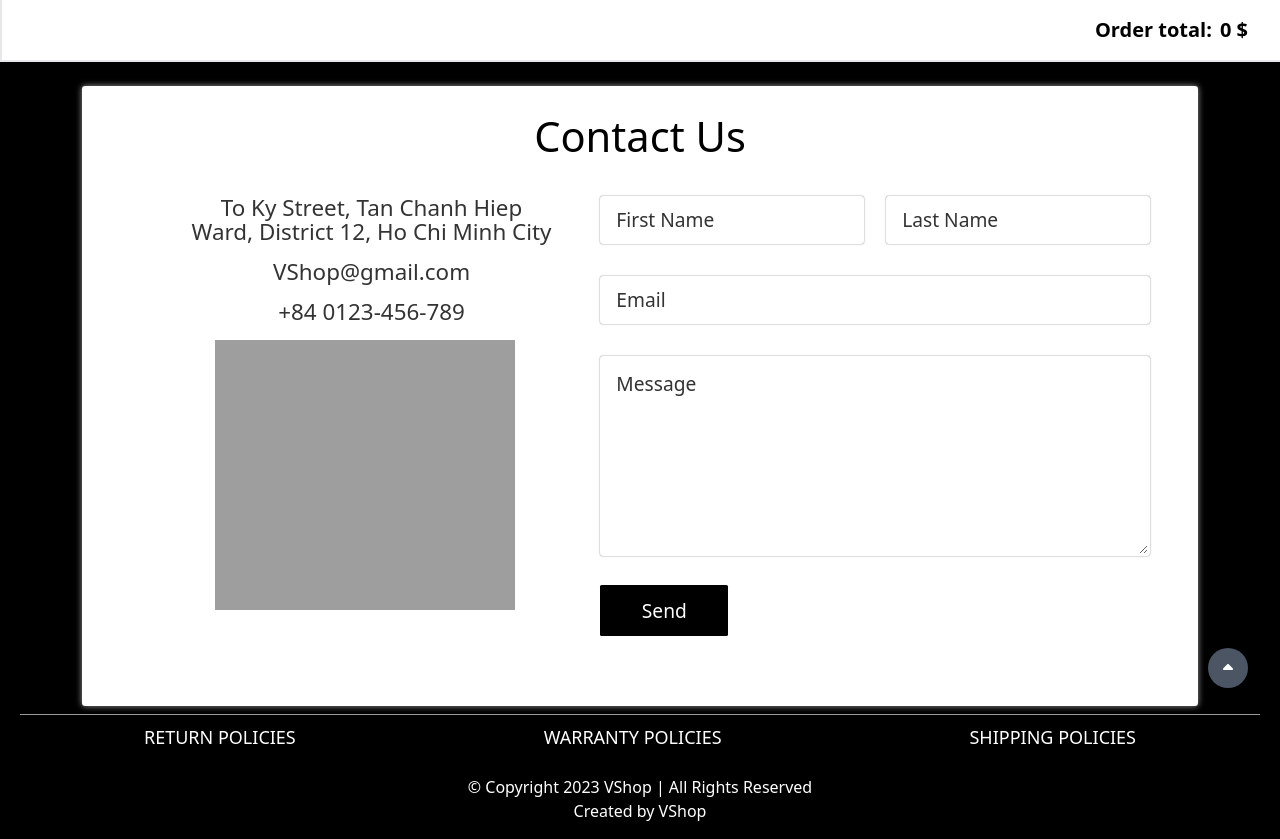
Repository: Kith933UTH/VSHOP
Page: /user
An editor plug-in stored every save of this project. The page is shown before and after the next save, followed by the edit.
The browser window is 1280 px wide. The pictures show the whole page.
Pictures or frames that could not be fetched are drawn as grey boxes. The project was rebuilt for these pictures with package versions that can differ from the ones it lists, and the page was loaded fresh each time. Also part of the build but not shown: src/components/product-item/ProductItem.js, src/components/loader/Loader.js, src/constants/constants.js, src/components/product-filters/Category.js, src/components/product-filters/Price.js, src/components/product-filters/Rating.js, src/components/product-filters/ProductFilters.js, src/components/cart-shopping/CartEmpty.js and 24 more.

Above is the page before, as saved 2023-08-05 21:28:59.

### public/index.html
<!DOCTYPE html>
<html lang="en">
  <head>
    <meta charset="utf-8" />
    <link rel="icon" href="./logo.png" />
    <meta name="viewport" content="width=device-width, initial-scale=1" />
    <meta name="theme-color" content="#000000" />
    <meta
      name="description"
      content="Web site created using create-react-app"
    />
    <link rel="apple-touch-icon" href="%PUBLIC_URL%/logo192.png" />
    <!--
      manifest.json provides metadata used when your web app is installed on a
      user's mobile device or desktop. See https://developers.google.com/web/fundamentals/web-app-manifest/
    -->
    <link rel="manifest" href="%PUBLIC_URL%/manifest.json" />
    <!--
      Notice the use of %PUBLIC_URL% in the tags above.
      It will be replaced with the URL of the `public` folder during the build.
      Only files inside the `public` folder can be referenced from the HTML.

      Unlike "/favicon.ico" or "favicon.ico", "%PUBLIC_URL%/favicon.ico" will
      work correctly both with client-side routing and a non-root public URL.
      Learn how to configure a non-root public URL by running `npm run build`.
    -->
    <title>VShop</title>
  </head>
  <body>
    <noscript>You need to enable JavaScript to run this app.</noscript>
    <div id="root"></div>
  </body>
</html>

### src/index.js
import React from 'react'
import ReactDOM from 'react-dom/client'
import App from './App'
import {Provider} from "react-redux"
import {BrowserRouter} from "react-router-dom"
import {store} from "./redux"
import './index.css'

const root = ReactDOM.createRoot(document.getElementById('root'))
root.render(
    <Provider store={store}>
        <BrowserRouter>
            <App />
        </BrowserRouter>
    </Provider>
)

### src/App.js
import React from "react"
// import { useState } from "react"
import {Context} from "./context/context"
import {Route, Routes} from "react-router-dom"
import {HomePage} from "./pages/HomePage"
import {ProductOverView} from "./pages/ProductOverView"
// import {Header} from "./components/header/Header"
import {Footer} from "./components/footer/Footer"
import {BtnScroll} from "./components/btn-scroll/BtnScroll"
import { LoginPage } from "./components/login/LoginPage"
import { RegisterPage } from "./components/login/RegisterPage"
import { PrivatePage } from "./pages/PrivatePage"
import { ProductOverViewPrivate } from "./pages/ProductOverViewPrivate"
import { ReturnPolicy } from "./components/policy/ReturnPolicy"
import { WarrantyPolicy } from "./components/policy/WarrantyPolicy"
import { ShippingPolicy } from "./components/policy/ShippingPolicy"
import { AdminPage } from "./pages/AdminPage"
import { Payment } from "./components/payment/Payment"
import { Success } from "./components/payment/Success"
import { User } from "./components/user/User"
export default function App() {
    const productId = {id: 0}
    return (
        <main>
            <Context.Provider value={productId}>
                {/* <Header /> */}
                <Routes>
                    {/* <Route path='/private' element={ <PrivatePage /> }/> */}
                    <Route index element={ <HomePage /> }/>
                    <Route path='/products/:id' element={ <ProductOverView /> }/>
                    {/* <Route path='/private/private/products/:id' element={ <ProductOverViewPrivate /> }/> */}
                    <Route path="/login" element={ <LoginPage /> } />
                    <Route path="/register" element={ <RegisterPage /> } />
                    <Route path="/return-policy" element={ <ReturnPolicy /> } />
                    <Route path="/warranty-policy" element={ <WarrantyPolicy /> } />
                    <Route path="/shipping-policy" element={ <ShippingPolicy /> } />
                    <Route path="/admin" element={ <AdminPage /> } />
                    <Route path="/payment" element={ <Payment /> } />
                    {/* <Route path="/private/payment" element={ <Payment /> } /> */}
                    <Route path="/products/:id/payment" element={ <Payment /> } />
                    {/* <Route path="/private/private/products/:id/payment" element={ <Payment /> } /> */}
                    <Route path="/success" element={ <Success /> } />
                    <Route path="/user" element={ <User /> } />
                </Routes>
                <BtnScroll />
                <Footer/>
            </Context.Provider>
        </main>
    )
}

### src/redux/index.js
import {configureStore} from "@reduxjs/toolkit"
import {productsApi} from "./products/products.api"
import {productReducer} from "./products/products.slice"
import {setupListeners} from "@reduxjs/toolkit/query"

export const store = configureStore({
    reducer: {
        [productsApi.reducerPath]: productsApi.reducer,
        product: productReducer
    },
    middleware: getDefaultMiddleware => getDefaultMiddleware().concat(productsApi.middleware)
})

setupListeners(store.dispatch)

### src/index.css
@tailwind base;
@tailwind components;
@tailwind utilities;

@layer utilities {
    input[type="number"]::-webkit-inner-spin-button,
    input[type="number"]::-webkit-outer-spin-button {
        @apply appearance-none;
    }
}

html, body {
    width: 100%;
    height: 100%;
}

body::-webkit-scrollbar,
.box-item::-webkit-scrollbar,
.search-box::-webkit-scrollbar{
    width: 8px;
}

main {
    display: flex;
    flex-direction: column;
    height: 100%;
}

body::-webkit-scrollbar-thumb,
.box-item::-webkit-scrollbar-thumb,
.search-box::-webkit-scrollbar-thumb{
    background-color: #ccc;
    border-radius: 20px;
}

#root {
    height: 100%;
}

body {
    overflow: hidden;
}

.productItem:hover {
    transition: opacity .3s linear;
    opacity: .5;
}

.box-item {
    height: 320px;
    overflow-y: scroll;
}

/* Loader */
.loader-box {
    width: 100px;
    height: 100px;
    display: flex;
    justify-content: center;
    align-items: center;
    margin: 50px auto 0;
}

.loader{
    position: relative;
    width: 70px;
    height: 70px;
}

.loader span {
    position: absolute;
    top:0;
    left: 0;
    width: 100%;
    height: 100%;
    transform: rotate(calc(18deg * var(--i)));
}

.loader span::before {
    content:'';
    position: absolute;
    top: 0;
    left: 0;
    width: 10px;
    height: 10px;
    background: #000;
    border-radius: 50%;
    transform: scale(0);
    animation: animate 2s linear infinite;
    animation-delay: calc(0.1s * var(--i));
}
@keyframes animate {
    0%{
        transform: scale(0);
    }
    10%{
        transform: scale(1.2);
    }
    80%,100%{
        transform: scale(0);
    }
}

### src/context/context.js
import {createContext} from "react"

export const Context = createContext()

### src/components/footer/Footer.js
import React from "react"
import { Contact } from "../contact/Contact"
import { Policy } from "../policy/Policy"
export function Footer() {
    return (
        <footer className='bg-black text-white in-h-fit'>
            {/* <div className='max-w-[1240px] mx-auto py-2 text-sm sm:text-base'>
                <div className='flex justify-center'>
                    <a href='https://github.com/VolodymyrGoshko/react-shop'
                       target='_blank'
                       rel="noreferrer"
                       className='capitalize border-b mb-3 text-base hover:text-gray-300 transition'
                    >
                        view source code on github
                    </a>
                </div>
                <div className='flex justify-center flex-col items-center'>
                    <p className='text-center'>© Copyright 2022 React Shop | All Rights Reserved</p>
                    <a href='https://www.linkedin.com/in/volodymyr-goshko-656ab920b/'
                       target="_blank"
                       rel="noreferrer"
                       className='hover:text-gray-300 transition'
                    >
                        Created by Volodymyr Goshko
                    </a>
                </div>
            </div> */}
            <Contact />
            <Policy />
            <div className='flex justify-center flex-col items-center my-4'>
                    <p className='text-center'>© Copyright 2023 VShop | All Rights Reserved</p>
                    <a href='#' className='hover:text-gray-300 transition' >
                        Created by VShop
                    </a>
                </div>
        </footer>
    )
}

### src/components/btn-scroll/BtnScroll.js
import React from "react"
import {FontAwesomeIcon} from "@fortawesome/react-fontawesome"
import {faCaretUp} from "@fortawesome/free-solid-svg-icons"

export function BtnScroll() {
    const topClick = () => {
        const body = document.querySelector('body').getBoundingClientRect().top + window.scrollY
        window.scroll({
            top: body,
            behavior: 'smooth'
        })
    }

    return (
        <button
            className='fixed bottom-8 right-4 bg-gray-600 text-white rounded-full w-[30px] h-[30px] md:w-[40px] md:h-[40px] md:right-8 md:bottom-8 z-20 shadow-gray-600'
            onClick={topClick}
        >
            <FontAwesomeIcon icon={faCaretUp}/>
        </button>
    )
}

### src/components/user/User.js
import React from "react"
import {useSelector} from "react-redux"
import { Link, useNavigate } from "react-router-dom"
import { CartItemPayment } from "../payment/CartItemPayment"

export function User() {
    const navigate = useNavigate()
    const {cart, order} = useSelector(state => state.product)
    const totalPrice = () => {
        let price = 0
        cart.forEach(item => price += item.price * item.quantity)
        return Math.round(price * 100) / 100
    }
    console.log(cart, order)

    return (
        <div className={`min-w-[400px] border-l-2 border-b-2 px-4 pb-4 ${cart.length > 2 ? 'box-item' : ''}`}>
            {order.map((items) => items.map(item => <CartItemPayment key={item.id} item={item}/>))}
            {/* items.map(item => <CartItemPayment key={item.id} item={item}/> */}
            <div className='flex justify-center sm:justify-end pt-4'>
                <div className='w-fit rounded-xl flex flex-col justify-between items-center sm:flex-row'>
                    <div className='mr-0 sm:mr-4 font-semibold'>
                        <span className='mr-2 text-base sm:text-xl'>Order total:</span>
                        <span className='text-base sm:text-xl'>{totalPrice()} $</span>
                    </div>
                </div>
            </div>
        </div>
    )
}

### src/redux/products/products.api.js
import {createApi, fetchBaseQuery} from "@reduxjs/toolkit/query/react"

export const productsApi = createApi({
    reducerPath: 'products/api',
    baseQuery: fetchBaseQuery({
        baseUrl: 'https://fakestoreapi.com'
    }),
    // refetchOnFocus: true,
    endpoints: build => ({
        getProductsAll: build.query({
            query:() => ({
                url: '/products'
            })
        }),
        getProductById: build.query({
            query:(id) => ({
                url: `/products/${id}`
            })
        }),
        getProductByCategory: build.query({
            query:(category) => ({
                url: `/products/category/${category}`
            })
        })
    })
})

export const {
    useGetProductsAllQuery,
    useGetProductByIdQuery,
    useGetProductByCategoryQuery
} = productsApi

### src/redux/products/products.slice.js
import {createSlice} from "@reduxjs/toolkit"

const productsSlice = createSlice({
    name: 'products',
    initialState: {
        cart: [],
        btnCart: null,
        filters: {},
        search: false,
        searchFilterProducts: null,
        logged: false,
        user: {username: 'username', password: 'password'},
        order: JSON.parse(localStorage.getItem("ORDER")) || []
    },
    reducers: {
        clearCart(state, action) {
            state.cart = state.cart.slice(0, action.payload)
        },
        addProductToCart(state, action) {
            state.cart.push({...action.payload, quantity: 1})
        },
        incrementProductInCart(state, action) {
            const item = state.cart.find(item => item.id === action.payload)
            item.quantity++
        },
        decrementProductInCart(state, action) {
            const item = state.cart.find(item => item.id === action.payload)
            if (item.quantity === 1) {
                item.quantity = 1
            } else {
                item.quantity--
            }
        },
        toggleBtnCart(state, action) {
            state.btnCart = action.payload
        },
        removeItemFromCart(state, action) {
            state.cart = state.cart.filter(el => el.id !== action.payload)
        },
        filtersProductsByCategory(state, action) {
            state.filters = action.payload
        },
        toggleSearchForm(state, action) {
            state.search = action.payload
        },
        toggleLogin(state, action) {
            state.logged = action.payload
        },
        setSearchFilterProducts(state, action) {
            state.searchFilterProducts = action.payload
        },
        setLocalStorage(state, action) {
            state.order.push(action.payload)
            localStorage.setItem('ORDER', JSON.stringify(state.order))
        }
    },
})

export const productReducer = productsSlice.reducer
export const {
    clearCart,
    addProductToCart,
    incrementProductInCart,
    decrementProductInCart,
    toggleBtnCart,
    removeItemFromCart,
    filtersProductsByCategory,
    toggleSearchForm,
    toggleLogin,
    setSearchFilterProducts,
    setLocalStorage
} = productsSlice.actions

### src/components/policy/Policy.js
import React from "react"
import { Link } from "react-router-dom"
export function Policy() {
    return (
        <div className='text-white in-h-fit max-w-[1240px] mx-auto py-2 text-sm sm:text-base flex justify-around items-cente'>
            <Link className='text-lg font-medium text-center' to='/return-policy'>
                RETURN POLICIES
            </Link>
            <Link className='text-lg font-medium text-center' to='/warranty-policy'>
                WARRANTY POLICIES
            </Link>
            <Link className='text-lg font-medium text-center' to='/shipping-policy'>
                SHIPPING POLICIES
            </Link>
        </div>
    )
}

### src/components/contact/index.css
.contact-section {
    /* height: 96vh; */
    width: 100%;
    border-bottom: 1px solid #999;
}

.form-area {
    position: relative;
    /* height:84vh; */
    width: 100%;
    background: black;
    -webkit-box-sizing: border-box;
    box-sizing: border-box;
}

.form-area .form-wrap {
    /* position: absolute; */
    /* left: 50%;
    -webkit-transform: translateX(-50%);
    -ms-transform: translateX(-50%);
    transform: translateX(-50%); */
    width: 1120px;
    background-color: white;
    background-size: cover;
    background-position: center;
    border-radius: 0.2rem;
    -webkit-box-sizing: border-box;
    box-sizing: border-box;
    -webkit-box-shadow: 0 0 0.4rem 0 #999;
    box-shadow: 0 0 0.4rem 0 #999;
}

.form-wrap .title {
    padding-top: 2.4rem;
    width: 100%;
    -webkit-box-sizing: border-box;
    box-sizing: border-box;
}

.form-wrap .title h1 {
    color: black;
    font-size: 2.6rem;
    text-align: center;
}

.form-wrap .contact-area {
    padding-top: 3rem;
    display: -webkit-box;
    display: -ms-flexbox;
    display: flex;
    width: 100%;
    height: auto;
    -webkit-box-sizing: border-box;
    box-sizing: border-box;
}

.contact-area .contact-info {
    display: flex;
    flex-direction: column;
    justify-content: center;
    align-items: center;
    width: 35%;
    height: 100%;
    margin-left: 6rem;
}

.contact-info>div {
    margin-bottom: 1rem;
    display: -webkit-box;
    display: -ms-flexbox;
    display: flex;
    -webkit-box-align: center;
    -ms-flex-align: center;
    align-items: center;
}

.contact-info>div>p {
    color: #333;
    font-size: 1.4rem;
    font-weight: 500;
    text-align: center;
}

.contact-info>div>span {
    color: #61790a;
    font-size: 2rem;
    margin-right: 0.8rem;
}

.contact-area .contact-form {
    display: -webkit-box;
    display: -ms-flexbox;
    display: flex;
    -webkit-box-orient: vertical;
    -webkit-box-direction: normal;
    -ms-flex-direction: column;
    flex-direction: column;
    width: 60%;
    height: auto;
    padding: 0 3rem;
    -webkit-box-sizing: border-box;
    box-sizing: border-box;
}

.contact-form .name-field {
    display: -webkit-box;
    display: -ms-flexbox;
    display: flex;
    -webkit-box-pack: justify;
    -ms-flex-pack: justify;
    justify-content: space-between;
}

.name-field .input-area {
    width: 48%;
}

.contact-form .input-area {
    position: relative;
    margin-bottom: 2rem;
}

.input-area input {
    height: 3rem;
    width: 100%;
    color: #333;
    font-size: 1.2rem;
    border: 2px solid #fff;
    border-radius: 0.2rem;
    /* background: #eff; */
    -webkit-box-shadow: 0 0 0.1rem #666;
    box-shadow: 0 0 0.1rem #666;
    outline: none;
    padding: 0 1rem;
    -webkit-box-sizing: border-box;
    box-sizing: border-box;
    -webkit-transition: all 0.3s ease;
    -o-transition: all 0.3s ease;
    transition: all 0.3s ease;
}

.input-area label {
    position: absolute;
    top: 50%;
    left: 1rem;
    -webkit-transform: translateY(-50%);
    -ms-transform: translateY(-50%);
    transform: translateY(-50%);
    color: #333;
    font-size: 1.2rem;
    font-weight: 500;
    -webkit-transition: all 0.3s ease;
    -o-transition: all 0.3s ease;
    transition: all 0.3s ease;
}

.input-area input:focus~label,
.input-area input:valid~label {
    top: -0.8rem;
    left: 0;
    color: #fff;
    background: #111;
    border-radius: 5px;
    padding: 0.2rem;
    font-size: 1rem;
}

.contact-form .message-area {
    position: relative;
    -webkit-box-flex: 1;
    -ms-flex: 1 1 auto;
    flex: 1 1 auto;
    height: 200px;
    width: 100%;
}

.message-area textarea {
    height: 100%;
    width: 100%;
    border: 2px solid #fff;
    outline: none;
    font-size: 1.2rem;
    padding: 1rem;
    color: #333;
    -webkit-box-sizing: border-box;
    box-sizing: border-box;
    -webkit-box-shadow: 0 0 0.1rem #666;
    box-shadow: 0 0 0.1rem #666;
    border-radius: 0.2rem;
    resize: vertical;
    -webkit-transition: all 0.3s ease;
    -o-transition: all 0.3s ease;
    transition: all 0.3s ease;
}

.message-area label {
    position: absolute;
    color: #333;
    font-weight: 500;
    font-size: 1.2rem;
    top: 1rem;
    left: 1rem;
    -webkit-transition: all 0.3s ease;
    -o-transition: all 0.3s ease;
    transition: all 0.3s ease;
}

.message-area textarea:focus~label,
.message-area textarea:valid~label {
    top: -1.6rem;
    left: 0;
    color: #fff;
    padding: 0.2rem;
    background: #111;
    font-size: 1rem;
}

.contact-form .btn {
    margin-top: 1.8rem;
}

.contact-form .btn button {
    height: 3.2rem;
    width: 8rem;
    border: none;
    outline: none;
    color: #fff;
    font-size: 1.2rem;
    background: black;
    border-radius: 0.1rem;
    cursor: pointer;
}

#contact.menu-active {
    padding-top: 2rem;
}

### src/components/contact/reponsive.css
@media screen and (min-width: 940px) and (max-width: 1360px) {
    /* .contact-section {
        height: 107vh;
    } */
    .form-area .form-wrap {
        width: 90%;
        height: 620px;
    }
}

@media screen and (max-width: 1040px) {
    .contact-area .contact-info {
        margin-left: 0;
        display: flex;
        flex-direction: column;
        justify-content: center;
        align-items: center;
    }

    .contact-area .contact-form {
        padding: 0 1.8rem;
    }

}



@media screen and (max-width: 940px) {
    /* .contact-section {
        height: 148vh;
    } */

    .form-area .form-wrap {
        padding-bottom: 3.6rem;
        width: 80%;
        height: auto;
    }

    .form-wrap .contact-area {
        -webkit-box-orient: vertical;
        -webkit-box-direction: normal;
        -ms-flex-direction: column;
        flex-direction: column;
        -webkit-box-pack: center;
        -ms-flex-pack: center;
        justify-content: center;
    }

    .contact-area .contact-info {
        width: 100%;
    }

    .contact-area .contact-form {
        width: 100%;
        padding: 1rem 4rem 0 4rem;
    }
}

/*
@media screen and (max-width: 836px) {
    .contact-section {
        min-height: 96vh;
    }
} */

@media screen and (max-width: 770px) {
    .contact-section {
        height: 1100px;
    }

    .form-area .form-wrap {
        width: 88%;
        height: auto;
    }
}

@media screen and (max-width: 680px) {
    .contact-section {
        height: 1100px;
    }


    .form-area .form-wrap {
        /* top: -82%; */
        width: 88%;
        height: auto;
    }

}


@media screen and (max-width: 490px) {
    .contact-section {
        height: 1100px;
    }

    .contact-area .contact-info {
        width: 88%;
        margin-left: 1.2rem;
    }

    .form-area .form-wrap {
        /* top: -82%; */
        width: 88%;
        height: auto;
    }

    .contact-info>div>p {
        font-size: 1.2rem;
    }

    .contact-area .contact-form {
        margin-top: 1.4rem;
        padding: 0 1.2rem;
    }

}

@media screen and (max-width: 390px) {
    .contact-section {
        height: 1130px;
    }

    .contact-area .contact-info {
        width: 80%;
        /* margin-left: 1.2rem; */
    }

    .form-area .form-wrap {
        width: 90%;
        height: auto;
    }

    .contact-info>div>p {
        font-size: 1.2rem;
    }

    .contact-area .contact-form {
        width: 100%;
        padding: 1rem 1rem 0 1rem;
    }
}


@media screen and (max-width: 340px) {
    .contact-section {
        height: 980px;
    }

    .form-area .form-wrap {
        top: -86%;
        width: 96%;
    }

    .contact-area  {
        width: 100%;
    }

    .contact-area .contact-info {
        width: 100%;
        margin-left: 1rem;
    }

    .form-wrap .title h1 {
        font-size: 2rem;
    }

    .contact-info>h2 {
        font-size: 1.6rem;
    }

    .contact-info>div>p {
        font-size: 1rem;
    }

    .contact-info>div>span {
        font-size: 1.2rem;
    }

    .input-area label {
        font-size: 1rem;
    }

    .message-area label {
        font-size: 1rem;
    }

}

Loaded but not shown: tailwind.config.js (common file); src/components/contact/Contact.js (66 lines, source omitted)

After the next save:
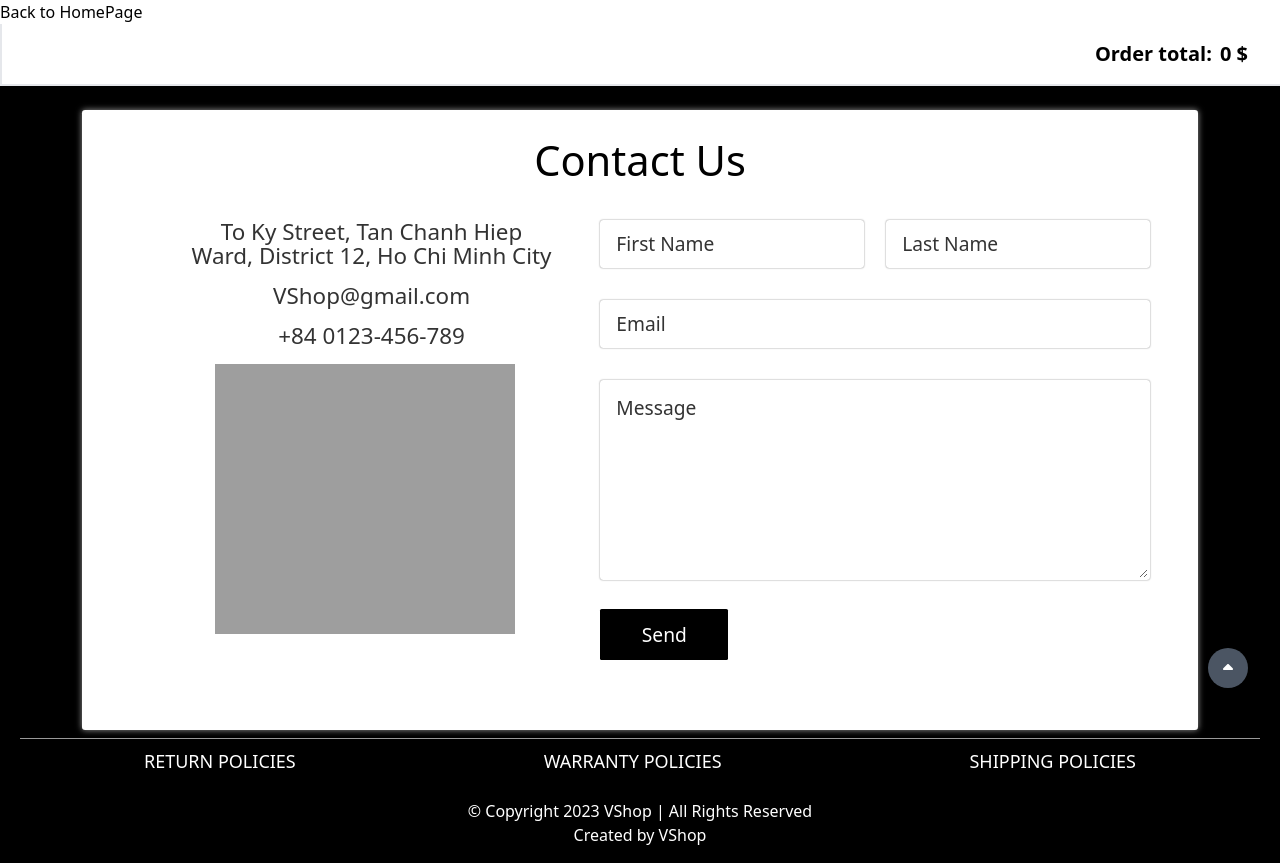
Saved 3 min 35 s later.
--- a/src/components/user/User.js
+++ b/src/components/user/User.js
@@ -11,12 +11,12 @@ export function User() {
         cart.forEach(item => price += item.price * item.quantity)
         return Math.round(price * 100) / 100
     }
-    console.log(cart, order)
 
     return (
+        <>
+        <Link to="/">Back to HomePage</Link>
         <div className={`min-w-[400px] border-l-2 border-b-2 px-4 pb-4 ${cart.length > 2 ? 'box-item' : ''}`}>
             {order.map((items) => items.map(item => <CartItemPayment key={item.id} item={item}/>))}
-            {/* items.map(item => <CartItemPayment key={item.id} item={item}/> */}
             <div className='flex justify-center sm:justify-end pt-4'>
                 <div className='w-fit rounded-xl flex flex-col justify-between items-center sm:flex-row'>
                     <div className='mr-0 sm:mr-4 font-semibold'>
@@ -26,5 +26,6 @@ export function User() {
                 </div>
             </div>
         </div>
+        </>
     )
 }
